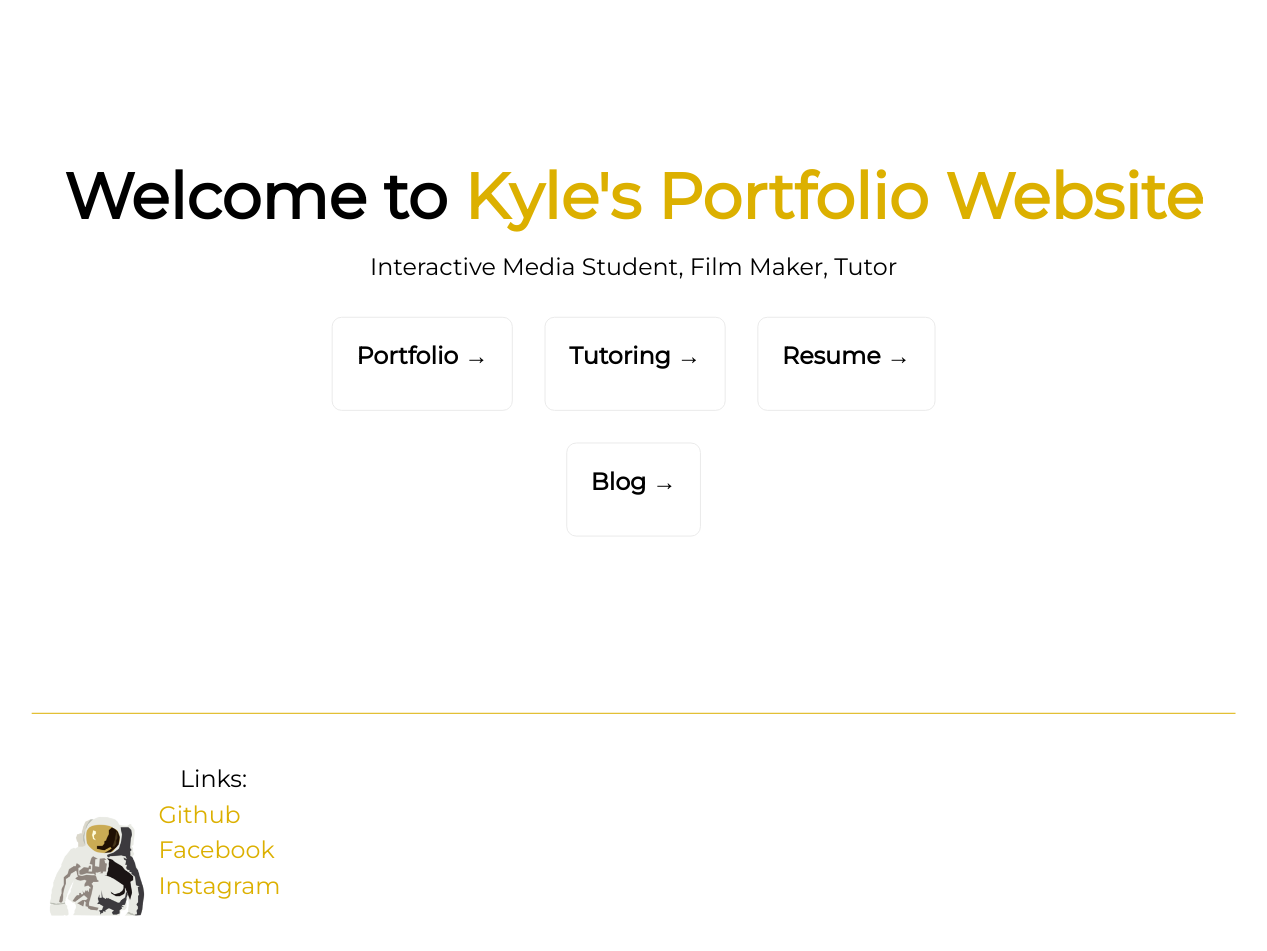
Repository: neomort/CL-portfolio-site
Page: /
The author's editor kept a copy of each file at every save. The page is drawn from the files as they stood at one save, then again after the next save.
The browser window is 1280 px wide. The pictures show the whole page, at 99% of full size.
The project was rebuilt for these pictures with package versions that can differ from the ones it lists, and the page was loaded fresh each time. The framework's server and built-in components were replaced by stand-ins that run in the browser. Also part of the build but not shown: next.config.js.

Above is the page before, as saved 2021-12-14 14:56:51.

After the next save:
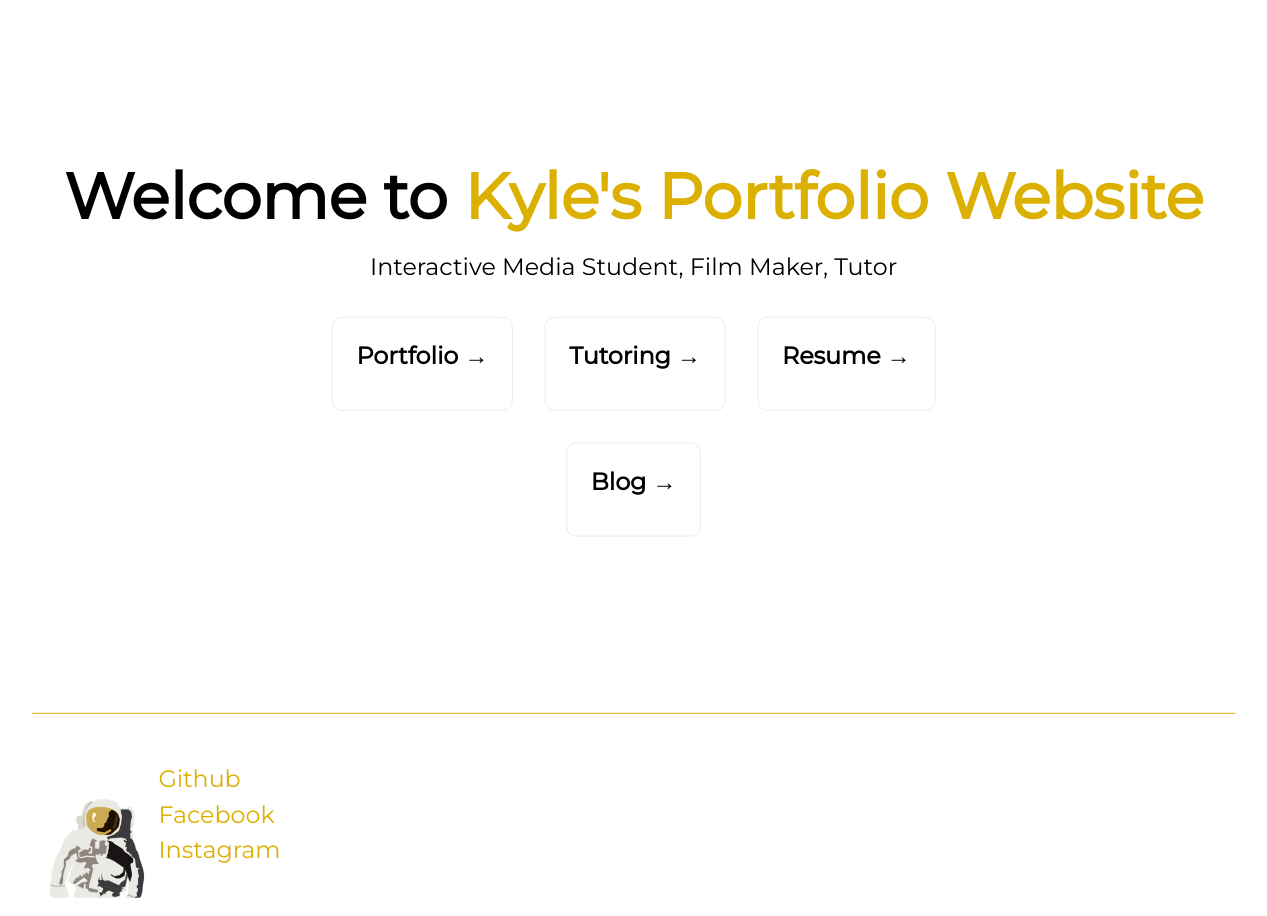
Saved 14 s later.
--- a/pages/index.js
+++ b/pages/index.js
@@ -65,7 +65,7 @@ export default function Home() {
           </span>
           <span>
             <p className={styles.description}>
-          Links:
+
           <a href="https://github.com/neomort">Github</a>
           <a href="https://github.com/neomort">Facebook</a>
           <a href="https://github.com/neomort">Instagram</a>
